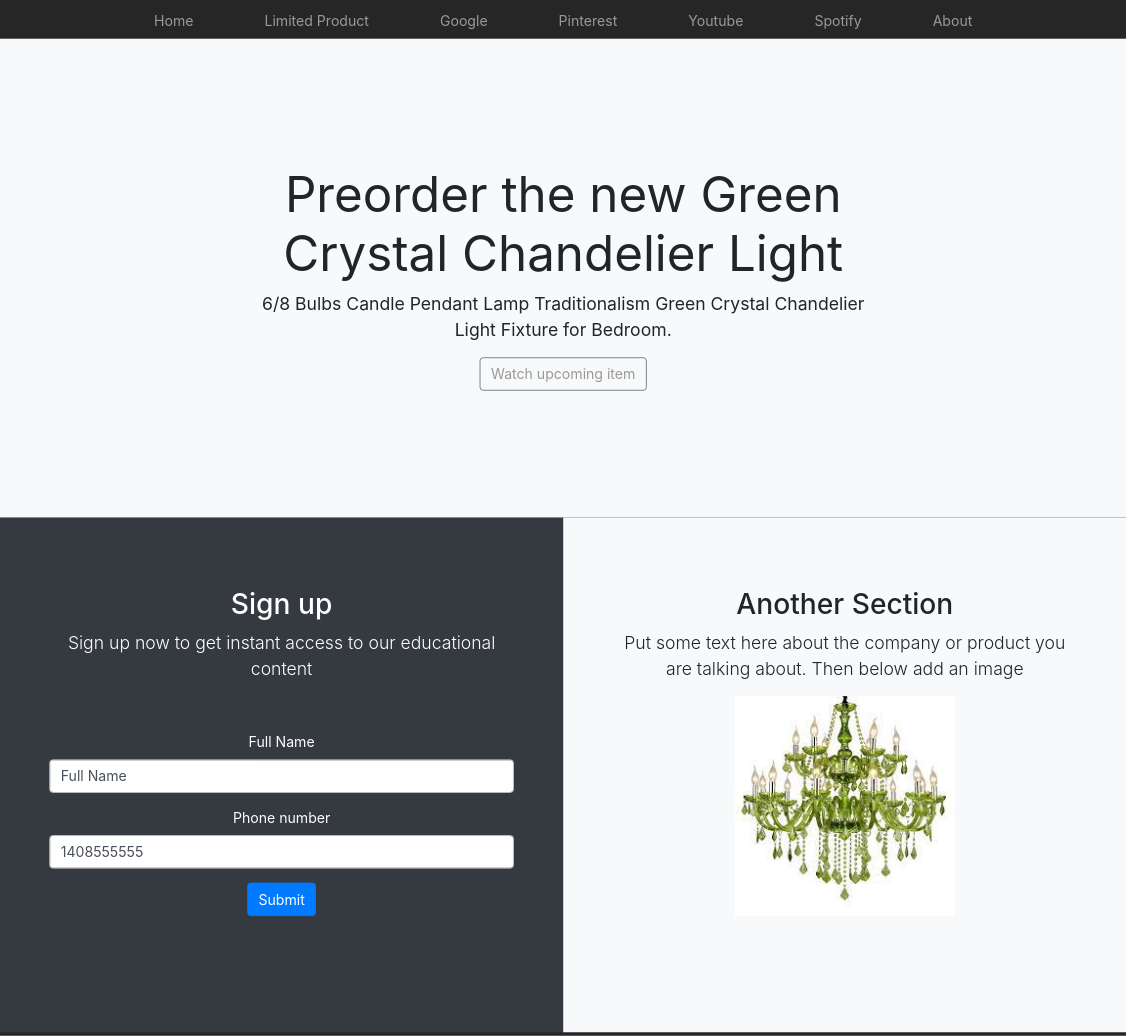
Repository: ArletteUgalde/ArletteUgalde-Website
Page: lab1/LearnCS8-Twilio/index.html
The author's editor kept a record of every edit. The page is drawn from the files as they stood at one moment, then again after the next edit.
The browser window is 1280 px wide. The pictures show the whole page, at 88% of full size.

Above is the page before.

### lab1/LearnCS8-Twilio/index.html
<!doctype html>
<html lang="en">
  <head>
    <!-- Required meta tags -->
    <meta charset="utf-8">
    <meta name="viewport" content="width=device-width, initial-scale=1, shrink-to-fit=no">
    <meta name="description" content="HERE IS My Unique Description">
    <meta name="author" content="augal004">

    <!-- Bootstrap CSS -->
    <link rel="stylesheet" href="https://stackpath.bootstrapcdn.com/bootstrap/4.5.2/css/bootstrap.min.css" integrity="sha384-JcKb8q3iqJ61gNV9KGb8thSsNjpSL0n8PARn9HuZOnIxN0hoP+VmmDGMN5t9UJ0Z" crossorigin="anonymous">

    <!-- Title of your Website -->
    <title>FLOWER LAMP</title>
    <link href="product.css" rel="stylesheet">
  </head>
  <body>
    <nav class="site-header sticky-top py-1">
    <!-- Top Menu Bar -->
    <div class="container d-flex flex-column flex-md-row justify-content-between">
        <a class="py-2 d-none d-md-inline-block" id="menu-item-1" href="https://www.lumuloxdecor.com/" target="_blank" >Home</a>
        <a class="py-2 d-none d-md-inline-block" id="menu-item-2" href="https://www.lumuloxdecor.com/products/6-8-bulbs-candle-pendant-lamp-traditionalism-green-crystal-chandelier-light-fixture-for-bedroom?variant=43786362945760&pp=1" target="_blank" >Limited Product</a>
        <a class="py-2 d-none d-md-inline-block" id="menu-item-3" href="https://google.com" target="_blank" >Google</a>
        <a class="py-2 d-none d-md-inline-block" id="menu-item-4" href="https://pinterest.com" target="_blank" >Pinterest</a>
        <a class="py-2 d-none d-md-inline-block" id="menu-item-5" href="https://youtube.com" target="_blank" >Youtube</a>
        <a class="py-2 d-none d-md-inline-block" id="menu-item-6" href="https://spotify.com" target="_blank" >Spotify</a>
        <a class="py-2 d-none d-md-inline-block" id="menu-item-7" href="https://www.lumuloxdecor.com/pages/about" target="_blank" >About</a>
    </div>
    <!-- Main Header Section h1-->
<div class="position-relative overflow-hidden p-3 p-md-5 m-md-0 text-center bg-light">
    <div class="col-md-8 p-lg-5 mx-auto my-5">
        <h1 class="display-4 font-weight-normal">Preorder the new Green Crystal Chandelier Light</h1>
        <p class="lead font-weight-normal">6/8 Bulbs Candle Pendant Lamp Traditionalism Green Crystal Chandelier Light Fixture for Bedroom.</p>
        <a class="btn btn-outline-secondary" href="https://youtu.be/1TklJDMjEaQ" target="_blank" >Watch upcoming item</a>
    </div>
</div>
<!-- Left Tile -->
<div class="d-md-flex flex-md-equal w-100">
    <div class="bg-dark pt-3 px-3 pt-md-5 px-md-5 text-center text-white overflow-hidden">
        <div class="my-3 py-3">
            <h2 class="display-5">Sign up</h2>
            <p class="lead">Sign up now to get instant access to our educational content</p>
        </div>
        <!-- Web form when submitted will send a text message -->
        <form class="p-2" onsubmit="sendTextMessage(); return false;">
            <!-- Full Name Form Field -->
            <div class="form-group">
                <label for="example-first-name">Full Name</label>
                <input type="text" value="Full Name" class="form-control" id="example-first-name" aria-describedby="emailHelp">
            </div>
            <!-- Phone Number Form Field -->
            <div class="form-group">
                <label for="example-tel-input">Phone number</label>
                <input type="tel" class="form-control" value="1408555555" id="example-tel-input">
            </div>
            <!-- JavaScript that handles onSubmit logic -->
            <!-- Configure the XHR request below with your own credentials -->
            <script>
            function sendTextMessage() {
                console.log("Hello world!");
                var xhr = new XMLHttpRequest();
                var accountSID = "AC53c9c841d3df45588963de59673e8129";
                var authToken = "4c43609a9500da397419a127061b9d50";
                var base64encoded = accountSID + ":" + authToken;
                var params = "To=" + document.getElementById('example-tel-input').value + "&From=" + "18882985165" + "&Body=" + "Hello " + document.getElementById('example-first-name').value + " thank you for taking interest in our green crystal lamp."
                xhr.open("POST", "https://api.twilio.com/2010-04-01/Accounts/" + accountSID + "/Messages.json", true);
                xhr.setRequestHeader('Content-Type', 'application/x-www-form-urlencoded');
                xhr.setRequestHeader('Authorization', 'Basic ' + btoa(base64encoded));
                xhr.send(params);
            }
            </script>
            <!-- Submit button that will execute the sendTextMessage function -->
            <button type="submit" class="btn btn-primary">Submit</button>
        </form>
    </div>
    <!-- Right Tile -->
    <div class="bg-light pt-3 px-3 pt-md-5 px-md-5 text-center overflow-hidden">
        <div class="my-3 p-3">
            <h2 class="display-5">Another Section</h2>
            <p class="lead">Put some text here about the company or product you are talking about. Then below add an image</p>
            <img class="mx-auto" src="green crystal chandelier.jpeg" height="250px">
        </div>
        <div class="mx-auto" style="width: 80%; height: 100px; border-radius: 21px 21px 0 0;"></div>
    </div>
</div>
</nav>
  </body>
</html>

### lab1/LearnCS8-Twilio/product.css
.container {
  max-width: 960px;
}

/*
 * Custom translucent site header
 */

.site-header {
  background-color: rgba(0, 0, 0, .85);
  -webkit-backdrop-filter: saturate(180%) blur(20px);
  backdrop-filter: saturate(180%) blur(20px);
}
.site-header a {
  color: #999;
  transition: ease-in-out color .15s;
}
.site-header a:hover {
  color: #fff;
  text-decoration: none;
}

/*
 * Dummy devices (replace them with your own or something else entirely!)
 */

.product-device {
  position: absolute;
  right: 10%;
  bottom: -30%;
  width: 300px;
  height: 540px;
  background-color: #333;
  border-radius: 21px;
  -webkit-transform: rotate(30deg);
  transform: rotate(30deg);
}

.product-device::before {
  position: absolute;
  top: 10%;
  right: 10px;
  bottom: 10%;
  left: 10px;
  content: "";
  background-color: rgba(255, 255, 255, .1);
  border-radius: 5px;
}

.product-device-2 {
  top: -25%;
  right: auto;
  bottom: 0;
  left: 5%;
  background-color: #e5e5e5;
}


/*
 * Extra utilities
 */

.flex-equal > * {
  -ms-flex: 1;
  flex: 1;
}
@media (min-width: 768px) {
  .flex-md-equal > * {
    -ms-flex: 1;
    flex: 1;
  }
}

.overflow-hidden { overflow: hidden; }

After the next edit:
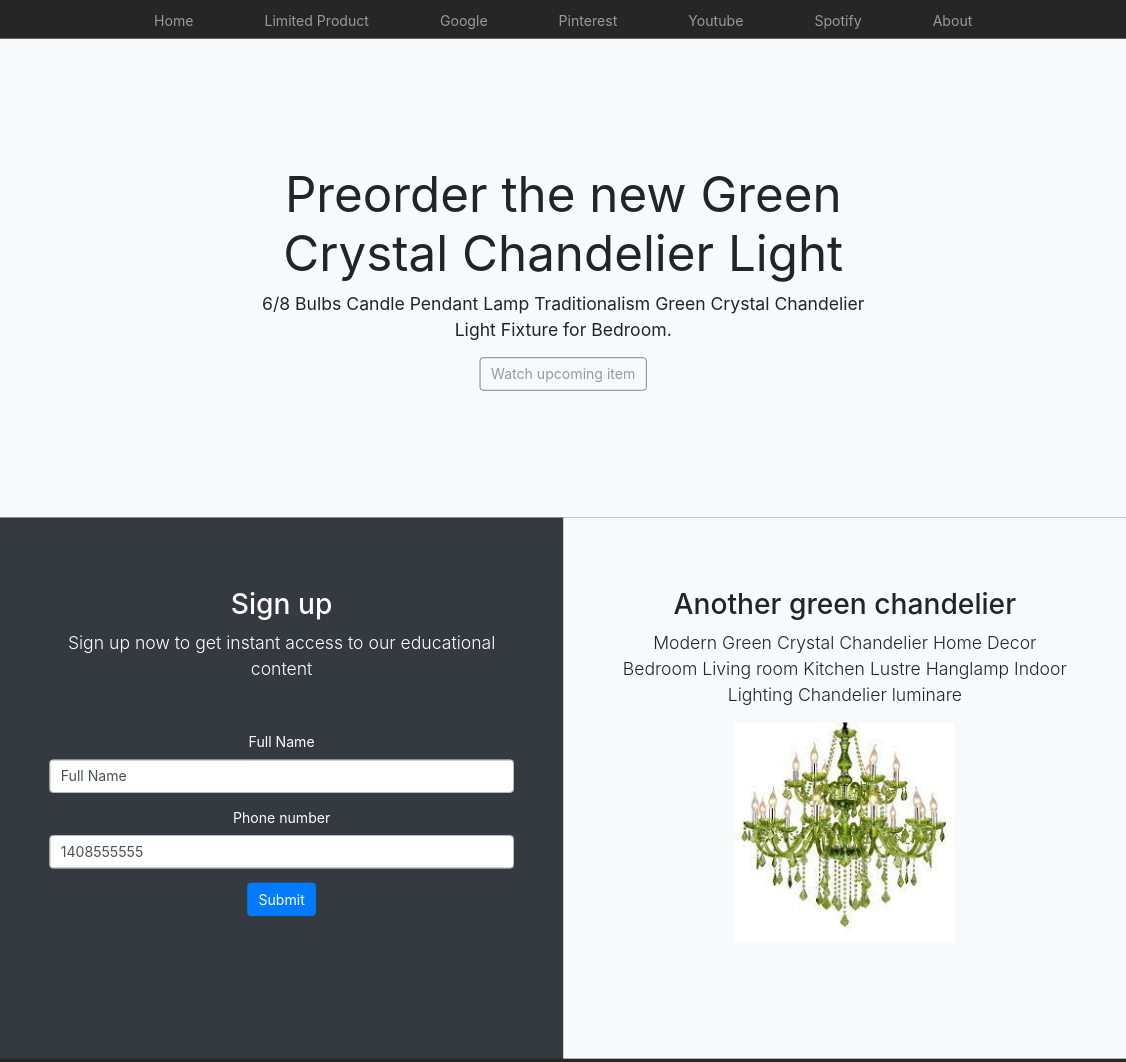
The edit:
--- a/lab1/LearnCS8-Twilio/index.html
+++ b/lab1/LearnCS8-Twilio/index.html
@@ -76,8 +76,8 @@
     <!-- Right Tile -->
     <div class="bg-light pt-3 px-3 pt-md-5 px-md-5 text-center overflow-hidden">
         <div class="my-3 p-3">
-            <h2 class="display-5">Another Section</h2>
-            <p class="lead">Put some text here about the company or product you are talking about. Then below add an image</p>
+            <h2 class="display-5">Another green chandelier</h2>
+            <p class="lead">Modern Green Crystal Chandelier Home Decor Bedroom Living room Kitchen Lustre Hanglamp Indoor Lighting Chandelier luminare</p>
             <img class="mx-auto" src="green crystal chandelier.jpeg" height="250px">
         </div>
         <div class="mx-auto" style="width: 80%; height: 100px; border-radius: 21px 21px 0 0;"></div>
